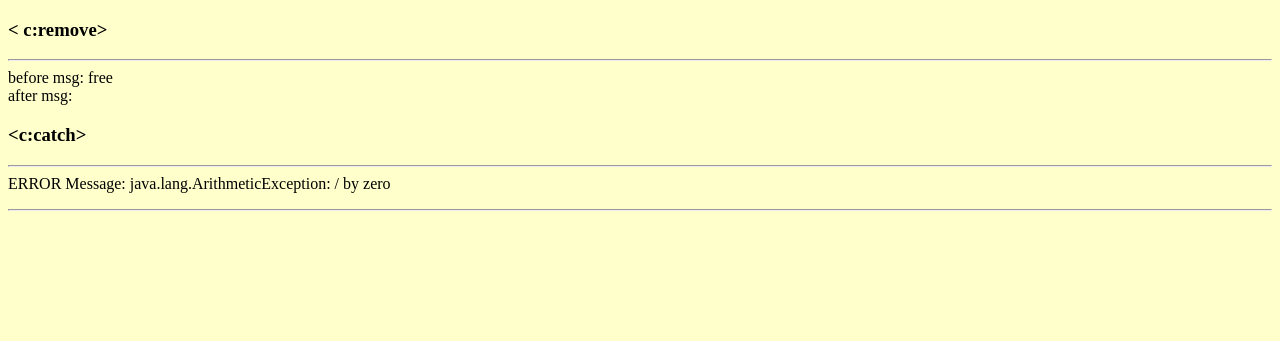
Repository: topblame/Bootcamp
Page: http://localhost/JSP_250408/chapter05/01_jstlExam.jsp
An editor plug-in stored every save of this project. The page is shown before and after the next save, followed by the edit.
The browser window is 1280 px wide. The pictures show the whole page.
The page is served by Tomcat 9.

Above is the page before, as saved 2025-06-27 02:20:14.

After the next save:
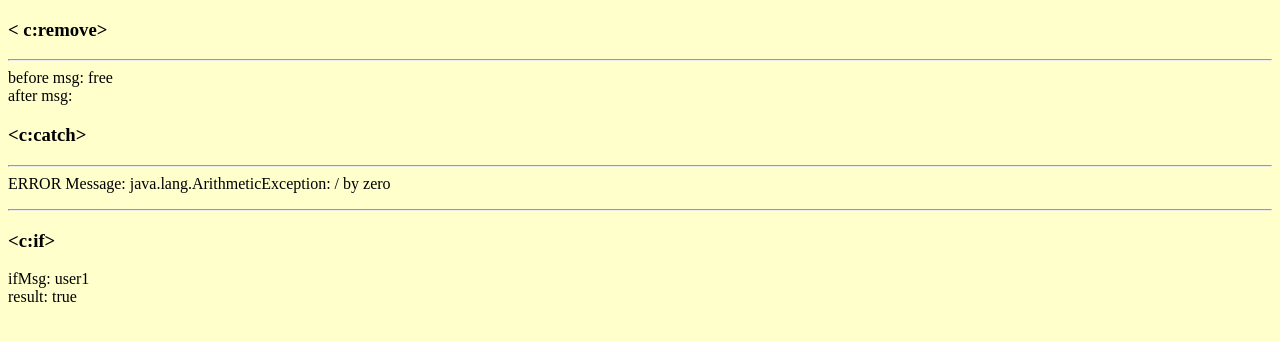
Saved 2 min 39 s later.
--- a/WebMvc/JSP_250408/src/main/webapp/chapter05/01_jstlExam.jsp
+++ b/WebMvc/JSP_250408/src/main/webapp/chapter05/01_jstlExam.jsp
@@ -27,6 +27,13 @@ ERROR Message: ${errMsg}
 <hr />
 
 
+<h3>&lt;c:if&gt;</h3>
+<c:set var="ifMsg" value = "user1"/>
+ifMsg: ${ifMsg }
+<br />
+<c:if test ="${ifMsg == 'user1' }" var = "result">
+result: ${result }
+</c:if>
 
 
 </body>
